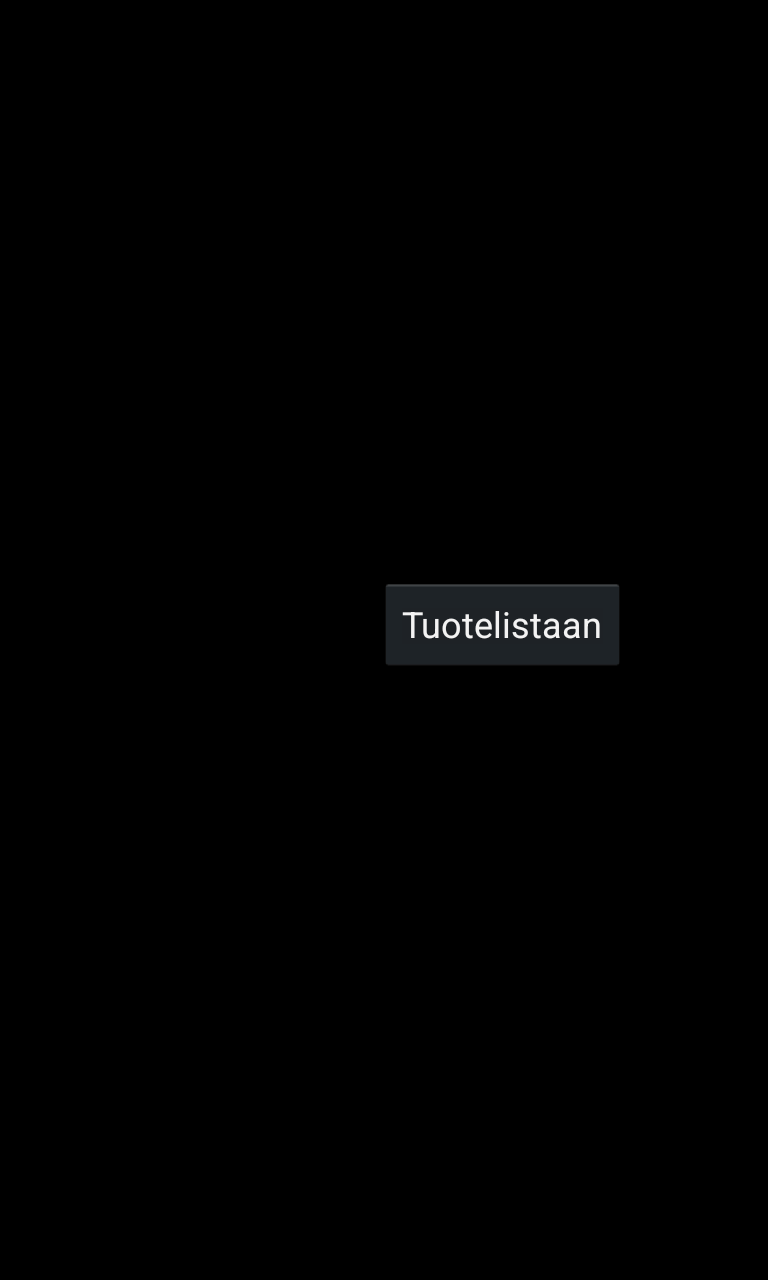
Repository: JoonasMagnusson/Naamakahvi
Layout: Android_ui_ovare/Naamakahvi_UIp/res/layout/tunnistus.xml
An editor plug-in stored every save of this project. The layout is shown before and after the next save, followed by the edit.
It is drawn on a 768 x 1280 px phone screen (xhdpi) without system bars, with theme android:Theme.Holo.NoActionBar; the app's code is not run.

Above is the layout before, as saved 2012-06-12 14:00:20.

After the next save:
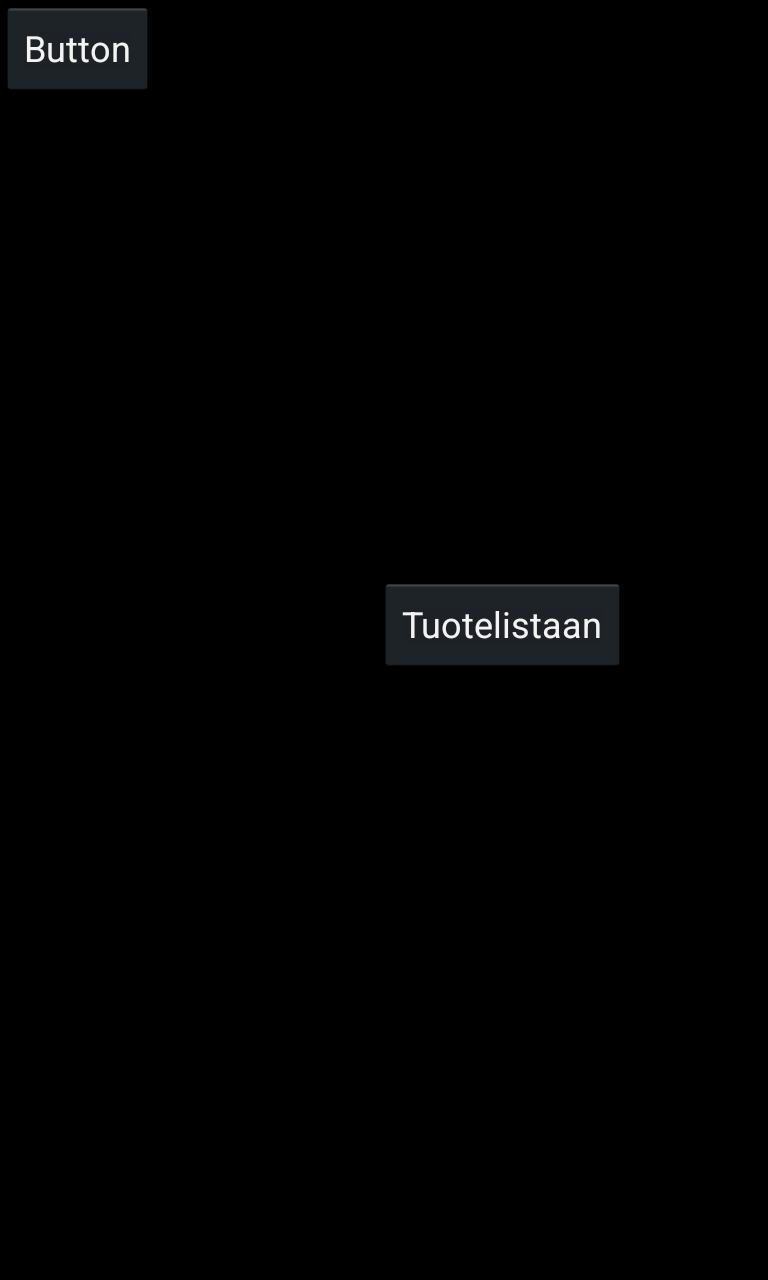
Saved 5 s later.
--- a/Android_ui_ovare/Naamakahvi_UIp/res/layout/tunnistus.xml
+++ b/Android_ui_ovare/Naamakahvi_UIp/res/layout/tunnistus.xml
@@ -16,12 +16,19 @@
 
 
 
+
+
     <GridLayout
         android:layout_width="match_parent"
         android:layout_height="match_parent"
-        android:columnCount="10" >
+        android:columnCount="11" >
 
-
+        <Button
+            android:id="@+id/button5"
+            android:layout_column="0"
+            android:layout_row="0"
+            android:onClick="avaaMain"
+            android:text="Button" />
 
         <Button
             android:id="@+id/button2"
